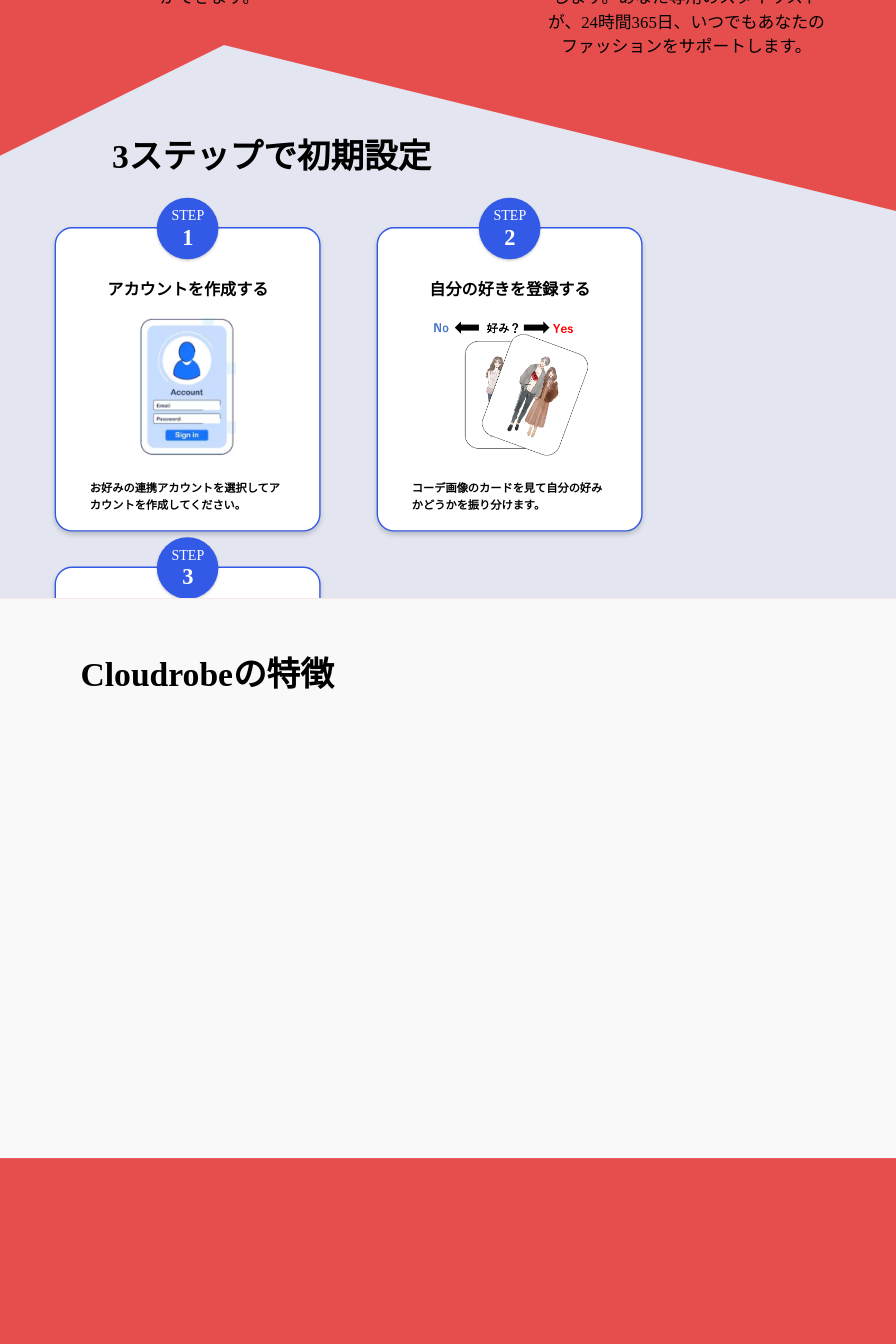
Repository: Yoshiki0418/yahoo.hack
Page: welcome.html
An editor plug-in stored every save of this project. The page is shown before and after the next save, followed by the edit.
The browser window is 1280 px wide. The pictures show the part of the page from y = 3109 to 5029 px (the page is 5407 px tall), at 70% of full size.

Above is the page before, as saved 2024-02-09 23:57:01.

After the next save:
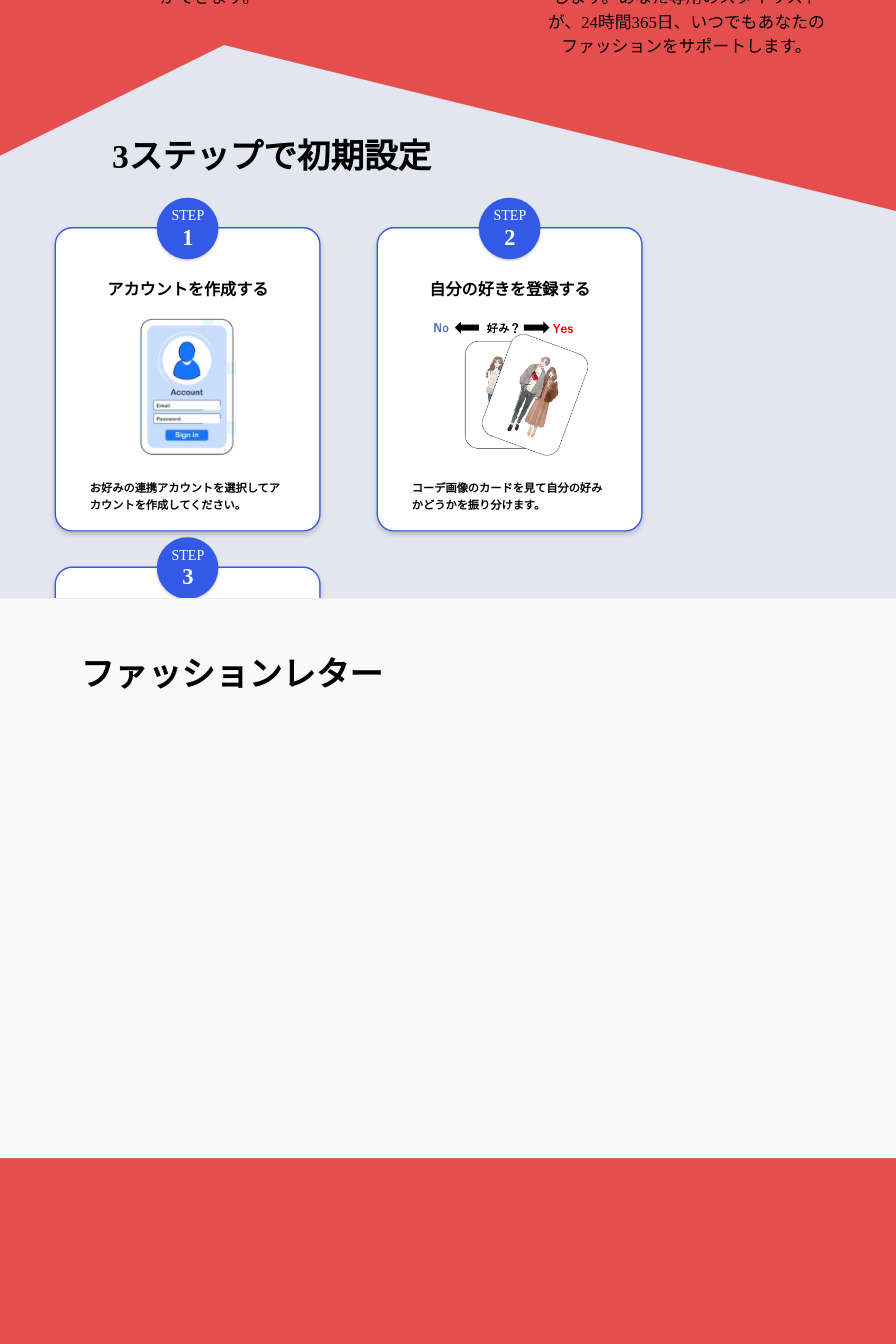
Saved 56 s later.
--- a/welcome.html
+++ b/welcome.html
@@ -113,7 +113,7 @@
                 </div>
             </div>
             <div class="article_section">
-                <h2>Cloudrobeの特徴</h2>
+                <h2>ファッションレター</h2>
 
             </div>
 
